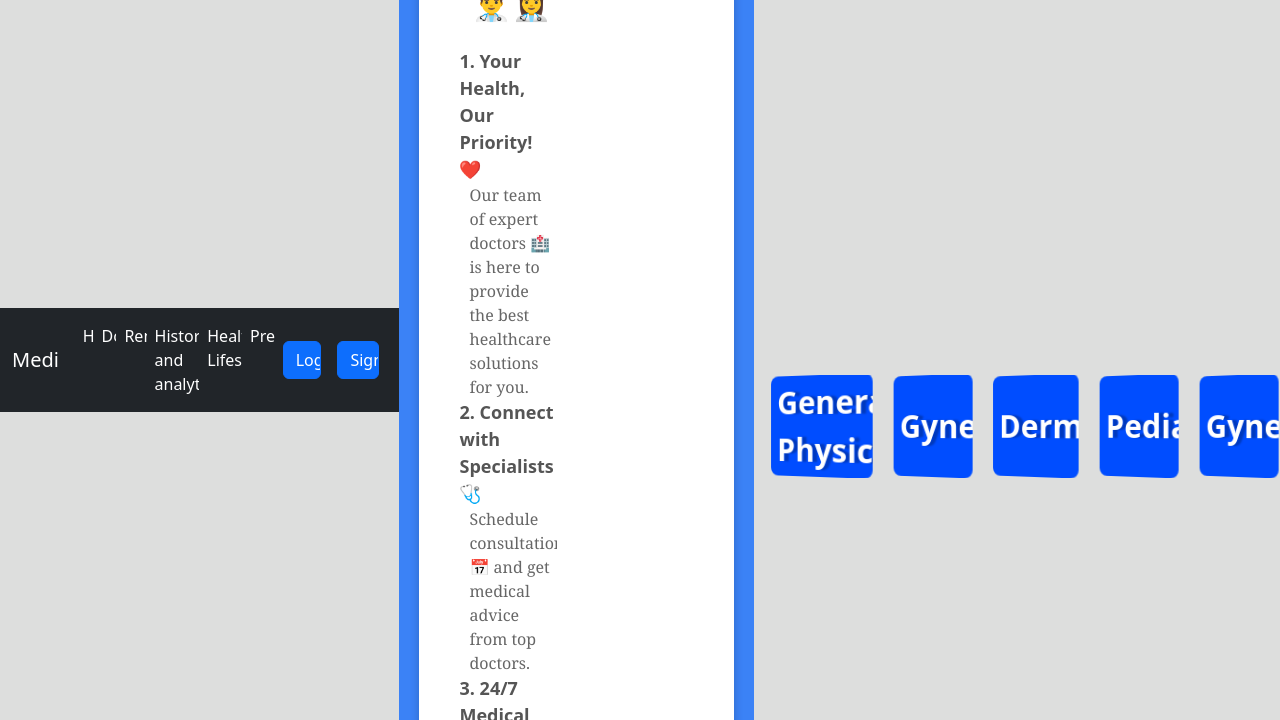
Repository: rahul-chakradhari/PillWise
Page: /doctors (app in frontend/)
The author's editor kept a copy of each file at every save. The page is drawn from the files as they stood at one save, then again after the next save.
The browser window is 1280 px wide. The pictures show the whole page.
The page's requests for data from a server got no answer. The project was rebuilt for these pictures with package versions that can differ from the ones it lists, and the page was loaded fresh each time. No one was signed in, and anything a server would have sent is missing. Also part of the build but not shown: frontend/vite.config.js, frontend/src/components/Home.jsx, frontend/src/components/History.jsx, frontend/src/components/Remainder.jsx, frontend/src/components/Healthy.jsx, frontend/src/components/Prescription.jsx.

Above is the page before, as saved 2025-03-06 18:10:38.

After the next save:
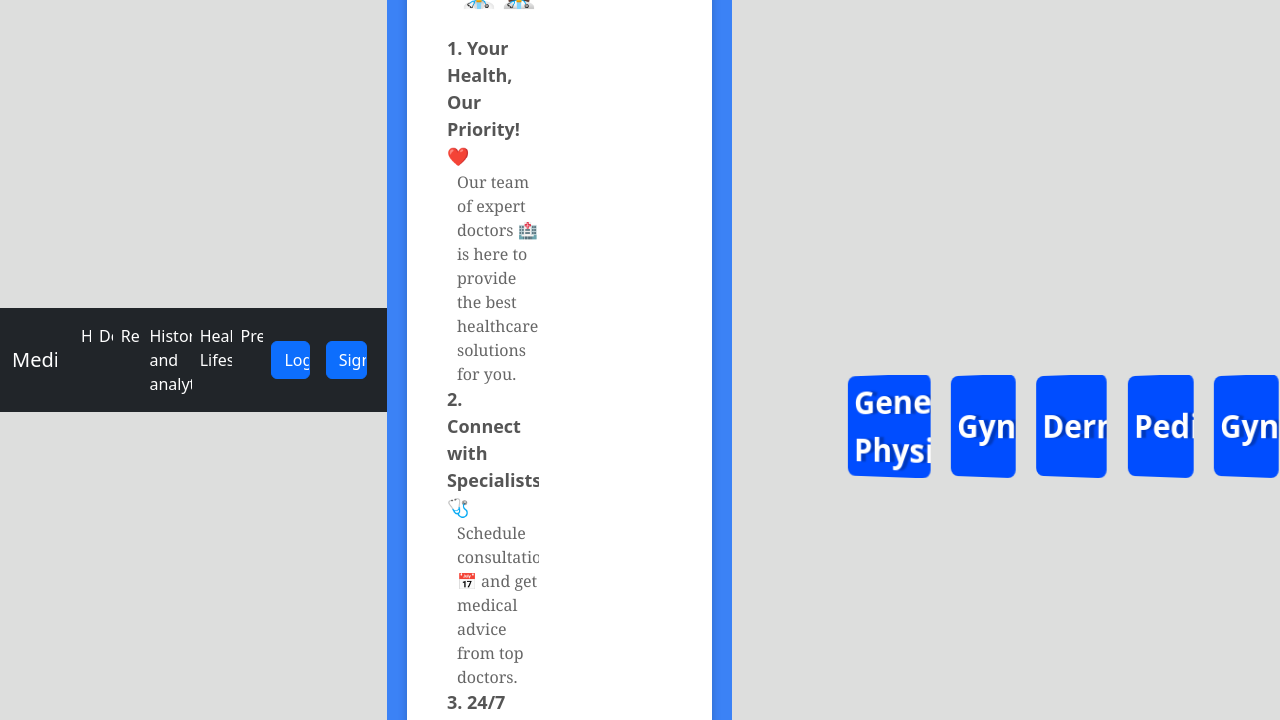
Saved 5 s later.
--- a/frontend/src/components/styles.css
+++ b/frontend/src/components/styles.css
@@ -229,7 +229,7 @@
 }
 .stylish {
   display: flex;
-  margin-left: 12px;
+  margin-left: 112px;
   gap: 16px;
   margin-top: 12px;
 }
